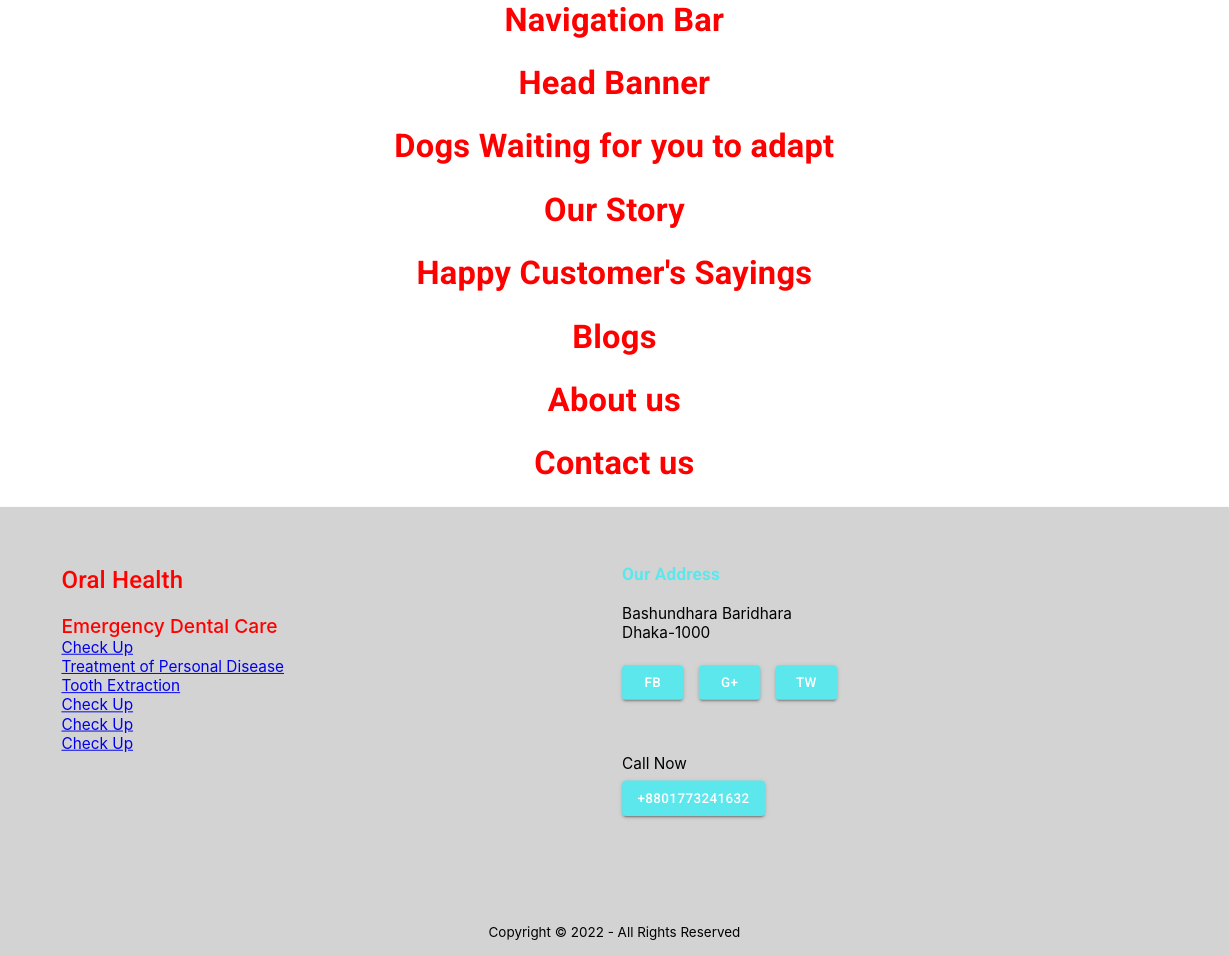
Repository: Sharif-00112/dogos-paradise-client
Page: /
An editor plug-in stored every save of this project. The page is shown before and after the next save, followed by the edit.
The browser window is 1280 px wide. The pictures show the whole page, at 96% of full size.
The project was rebuilt for these pictures with package versions that can differ from the ones it lists, and the page was loaded fresh each time. Also part of the build but not shown: src/Pages/Login/Login/Login.js, src/Pages/Login/Register/Register.js, src/Pages/NotFound/NotFound.js.

Above is the page before, as saved 2022-11-30 22:39:08.

After the next save:
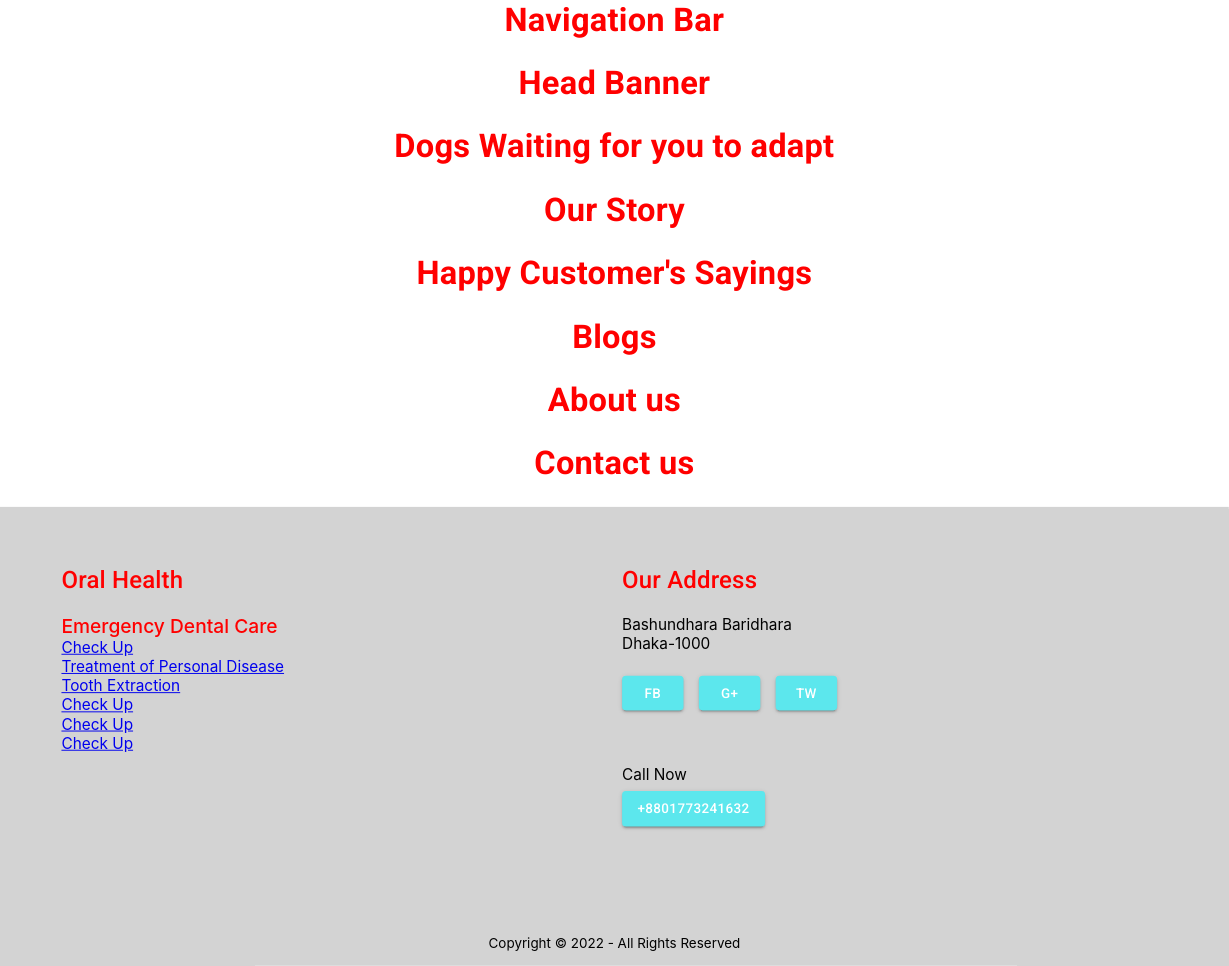
Saved 58 s later.
--- a/src/Pages/Shared/Footer/Footer.js
+++ b/src/Pages/Shared/Footer/Footer.js
@@ -9,12 +9,6 @@ import { Button } from '@mui/material';
 
 const Footer = () => {
     return (
-        // <div>
-        //     <Typography sx={{ m: 3, color: 'red', fontWeight: 600 }} variant="h4" component="div">
-        //         Footer Area
-        //     </Typography>
-        // </div>
-
         <div style={{ backgroundColor: 'lightgray' }}>
         <Container sx={{ py: 5, px:10 }}>
             <Box sx={{ flexGrow: 1 }}>
@@ -52,7 +46,7 @@ const Footer = () => {
                         </Link>
                     </Grid>
                     <Grid item style={{ textAlign: 'left'}} xs={6} md={6}>
-                        <Typography sx={{ my:2, fontSize: 18, fontWeight: 600 }} style={{color: '#5CE7ED'}} variant="h6" component="div">
+                        <Typography sx={{ my:2, fontSize: 18, fontWeight: 600 }} style={{color: 'red', fontWeight: 500, fontSize: 25 }} variant="h6" component="div">
                             Our Address
                         </Typography>
                         <Typography sx={{ fontSize: 16, fontWeight: 400 }} variant="" component="div">
